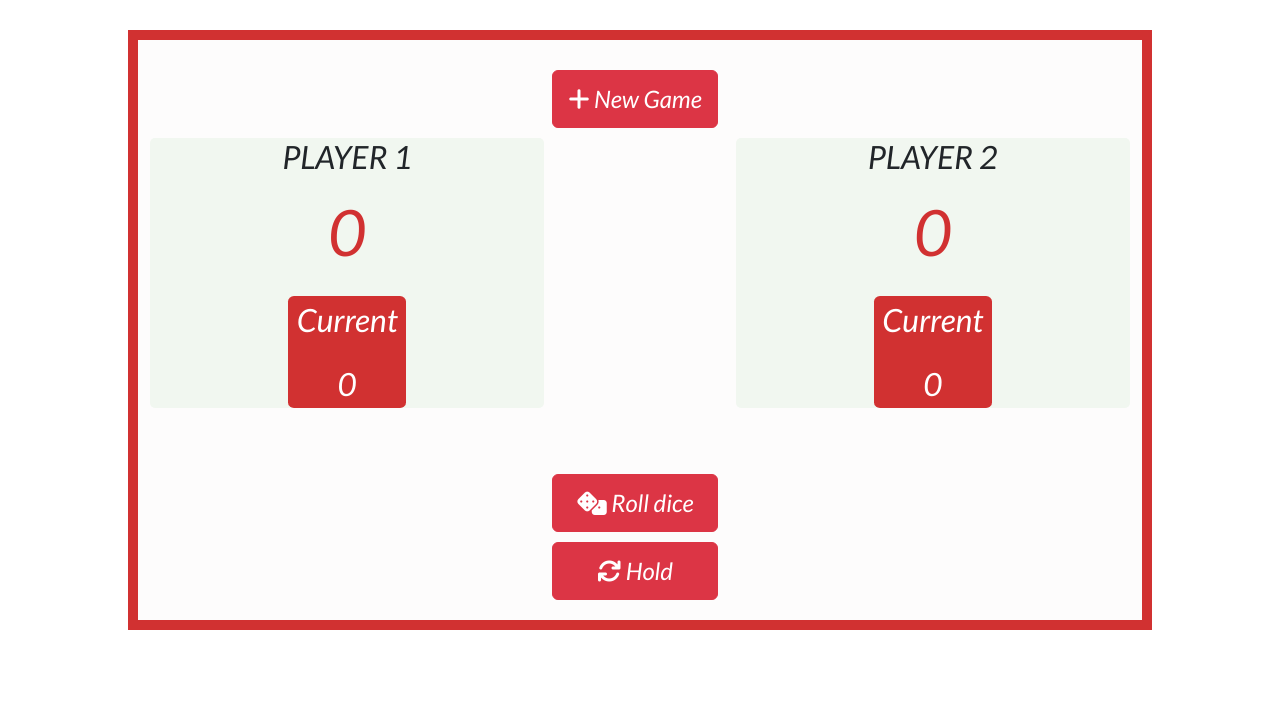
Repository: haifabilel/Eval_JAVASCRIPT
Page: index.html
These files come from the project's save history. The page is drawn as it stood at one moment and after the next save; the edit follows.
The browser window is 1280 px wide. The pictures show the whole page.
Some web libraries are served in a nearby version.

Above is the page before, as saved 2023-06-03 18:45:04.

### index.html
<!DOCTYPE html>
<html lang="fr">
<head>
    <meta charset="UTF-8">
    <meta http-equiv="X-UA-Compatible" content="IE=edge">
    <meta name="viewport" content="width=device-width, initial-scale=1.0">
    <title>GameEval</title>
    <!-- Bootstrap -->
    <link href="https://cdn.jsdelivr.net/npm/bootstrap@5.3.0-alpha3/dist/css/bootstrap.min.css" rel="stylesheet" integrity="sha384-KK94CHFLLe+nY2dmCWGMq91rCGa5gtU4mk92HdvYe+M/SXH301p5ILy+dN9+nJOZ" crossorigin="anonymous">
    <!-- Bootstrap icons CSS -->
    <link rel="stylesheet" href="https://cdn.jsdelivr.net/npm/bootstrap-icons@1.6.1/font/bootstrap-icons.css">
    <!-- font awesome cdn link-->
    <link rel="stylesheet" href="https://cdnjs.cloudflare.com/ajax/libs/font-awesome/6.3.0/css/all.min.css" integrity="sha512-SzlrxWUlpfuzQ+pcUCosxcglQRNAq/DZjVsC0lE40xsADsfeQoEypE+enwcOiGjk/bSuGGKHEyjSoQ1zVisanQ==" crossorigin="anonymous" referrerpolicy="no-referrer">
    <!-- CSS Link -->
    <link rel="stylesheet" href="style.css">
</head>
<body>
    <div class="container-fluid" >
     <header>
         <button class="btn btn_newGame btn-danger"><i class="fa-solid fa-plus"></i> New Game</button>
    </header>
    <main>
        <div class="row">
            <!-- Player One  -->
            <div class="col-sm-5 mx-auto">
                <section class="player player_0 player_active">
                    <h2 class="label" id="label_0">PLAYER 1</h2>
                    <p class="score" id="score_0" >0</p>
                    <div class="current">
                        <p class="current_label">Current</p>
                        <p class="current_score" id="current_0">0</p>
                    </div>
                </section>
            </div>
            <!-- Dice image -->
            <div class="col-sm-2 mx-auto">
                <img src="/asset/dice1.png" alt="imageDice" class="dice" style="width: 100px;">
            </div>
             <!-- Player Tow  -->
             <div class="col-sm-5 mx-auto">
                <section class="player player_1">
                    <h2 class="label" id="label_1">PLAYER 2</h2>
                    <p class="score" id="score_1">0</p>
                    <div class="current">
                        <p class="current_label">Current</p>
                        <p class="current_score" id="current_1">0</p>
                    </div>
                </section>
             </div>
        </div>
    </main>
    <!-- Button RollDice -->
    <div class="button_roll">
        <button class="btn btn_roll btn-danger"><i class="fa-solid fa-dice"></i> Roll dice</button>
    </div>
    <div class="button_hold">
        <button class="btn btn_hold btn-danger"><i class="fa-solid fa-arrows-rotate"></i> Hold</button>
    </div>
    </div>


    <script src="https://code.jquery.com/jquery-3.5.1.slim.min.js" integrity="sha384-DfXdz2htPH0lsSSs5nCTpuj/zy4C+OGpamoFVy38MVBnE+IbbVYUew+OrCXaRkfj" crossorigin="anonymous"></script>
    <script src="https://cdn.jsdelivr.net/npm/popper.js@1.16.0/dist/umd/popper.min.js" integrity="sha384-Q6E9RHvbIyZFJoft+2mJbHaEWldlvI9IOYy5n3zV9zzTtmI3UksdQRVvoxMfooAo" crossorigin="anonymous"></script>
    <script src="https://cdn.jsdelivr.net/npm/bootstrap@5.3.0-alpha3/dist/js/bootstrap.bundle.min.js" integrity="sha384-ENjdO4Dr2bkBIFxQpeoTz1HIcje39Wm4jDKdf19U8gI4ddQ3GYNS7NTKfAdVQSZe" crossorigin="anonymous"></script>
    <script src="script.js"></script>
</body>
</html>

### style.css
@import url('https://fonts.googleapis.com/css2?family=Lato:ital,wght@1,300;1,400;1,700&display=swap');
*{
    font-family: Lato;
}
.container-fluid{
    box-shadow:0.5rem 1 rem rgba(0,0,0,.5);
    background-color: #fdfcfc;
    width:80%;
    height: 600px;
    border: 10px solid  #d13131;
    margin-top: 30px;
}
.row{
    margin-top:80px;
}
/* Playerss */
.player_0 , .player_1{
    background-color:#f1f7f0;
    text-align:center;
    border-radius:5px;
    margin-top:-70px;
}
/* Current */
.current{
    background-color: #d13131;
    width:30%;
    font-size:1.5rem;
    border-radius:5%;
    text-align:center;
    margin-left :35%;
    color:white;
    font-size:2rem;
}
/* Scors */
.score{
    color:#d13131;
    font-size:4rem;
}
.current_score{
    color:white;
    font-size:2rem;
}
/* Buttons */
.btn_roll{
    margin-left:41%;
    margin-top:50px;
    width:17%;
    font-size:1.5rem;
    padding:10px;

}
.btn_hold{
    padding:10px;
    margin-left:41%;
    margin-top:10px;
    width:17%;
    font-size:1.5rem;

}
.btn_newGame{
    margin-top:30px;
    padding: 10px;
    margin-left:41%;
    width:17%;
    font-size:1.5rem;
}
/* Image Dice */
img{
    margin:20px 40px;
}
.hidden{
    display:none;
}
.player_winn{
    background:url(/asset/golden-winners-cup_1284-18399.avif);

}

### script.js
//Players
const playerOne = document.getElementById('player_0');
const playerTow = document.getElementById('player_1');
//Score
const score0 = document.getElementById('score_0');
const score1 = document.getElementById('score_1');
//Dice
const dice = document.querySelector('.dice');
//buttons
const buttonRoll = document.querySelector('.btn_roll');
const buttonHold = document.querySelector('.btn_hold');
const buttonNewGame = document.querySelector('.btn_newGame');
//Current
const current0 = document.getElementById('current_0');
const current1 = document.getElementById('current_1');

score0.textContent = 0 ;
score1.textContent = 0 ;
dice.classList.add("hidden");

let scores = [0 , 0]
let activePlayer = 0 ;
let currentScore = 0 ;

const switchPlayer = function(){
    document.getElementById(`current_${activePlayer}`).textContent = 0;
    activePlayer = activePlayer === 0 ? 1 : 0;
    currentScore = 0;
    playerOne.classList.toggle("player_active");
    playerTow.classList.toggle("player_active");
}
//buttonRoll
buttonRoll.addEventListener("click", function() {
    dice.classList.remove("hidden");

    //Generate number 1 to 6
    const diceRandom = Math.floor(Math.random() * 6) + 1;
    dice.src =`/asset/dice${diceRandom}.png`

//   Sound game
const audio = new Audio('/asset/programmation-web_de-2_asset_son.mp3');

const lanseSon = function() {
    audio.play()
}
audio.addEventListener('canplaythrough', lanseSon);

//Rolled
if(diceRandom !==1){
    currentScore += diceRandom;
    document.getElementById(`current_${activePlayer}`).textContent = currentScore;

}else{
    //Switch Player
    switchPlayer();
}
});
//ButtonHold
buttonHold.addEventListener('click',function(){
    scores[activePlayer] += currentScore;
    document.getElementById(`score_${activePlayer}`).textContent = scores[activePlayer];

    if(scores[activePlayer] >=100){
        document.querySelector(`.player_${activePlayer}`).classList.add('player_winn');
        const audio = new Audio('/asset/tadaa-47995.mp3');

        const lanseSon1 = function() {
            audio.play()
        }
        audio.addEventListener('canplaythrough', lanseSon1);

    }else{
        switchPlayer();
    }
});
//  Button NewGame
buttonNewGame.addEventListener ('click',function(){
    document.location.reload()
 })

After the next save:
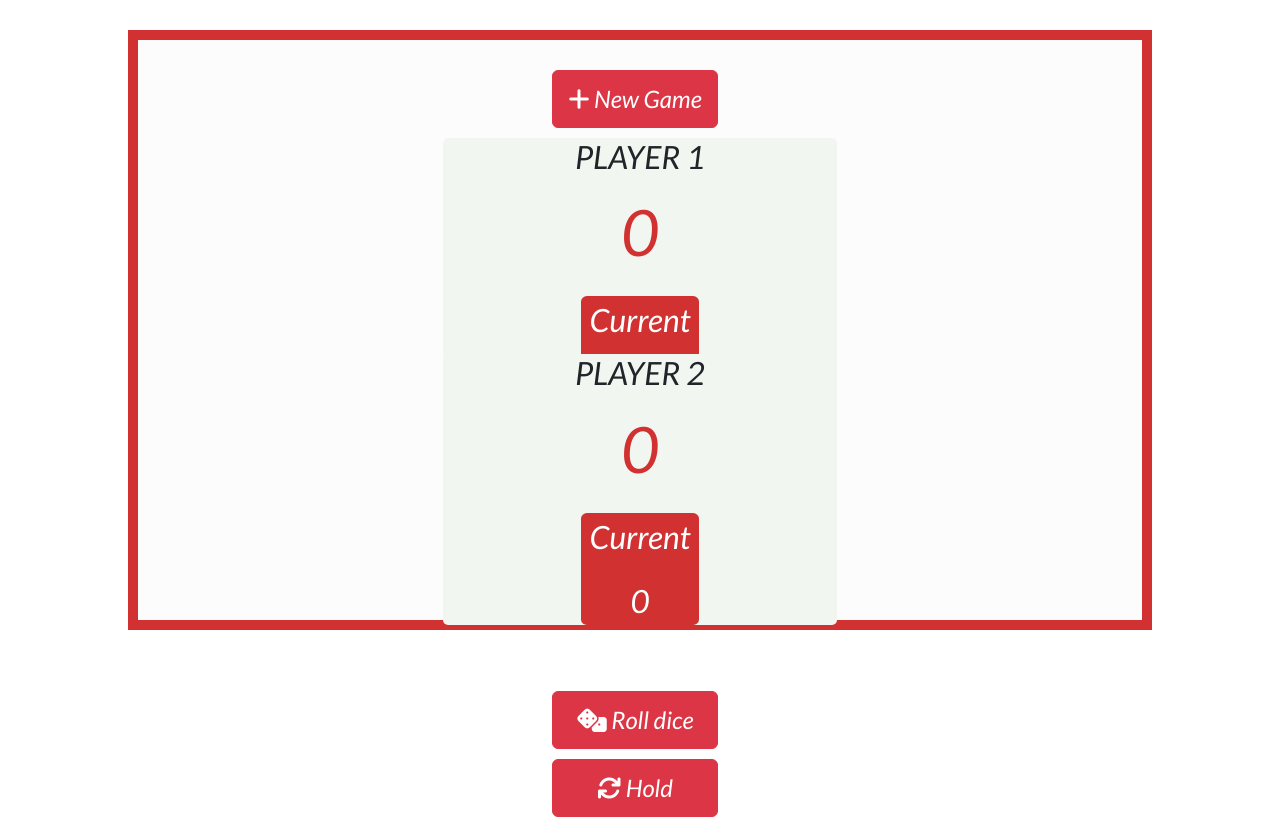
Saved 107 s later.
--- a/index.html
+++ b/index.html
@@ -33,7 +33,7 @@
                 </section>
             </div>
             <!-- Dice image -->
-            <div class="col-sm-2 mx-auto">
+            <div class="partiecol-sm-2 mx-auto">
                 <img src="/asset/dice1.png" alt="imageDice" class="dice" style="width: 100px;">
             </div>
              <!-- Player Tow  -->

After the save that followed:
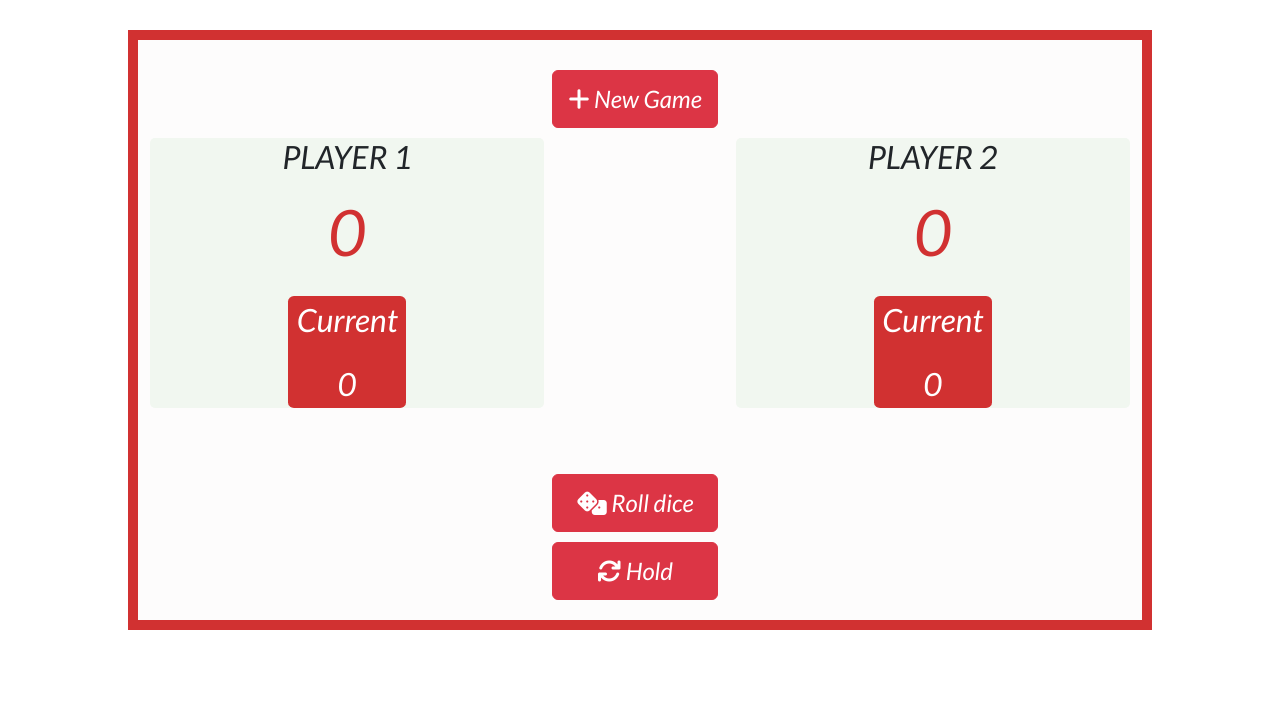
Saved 4 s later.
--- a/index.html
+++ b/index.html
@@ -33,7 +33,8 @@
                 </section>
             </div>
             <!-- Dice image -->
-            <div class="partiecol-sm-2 mx-auto">
+            <div class="partie1
+            col-sm-2 mx-auto">
                 <img src="/asset/dice1.png" alt="imageDice" class="dice" style="width: 100px;">
             </div>
              <!-- Player Tow  -->
